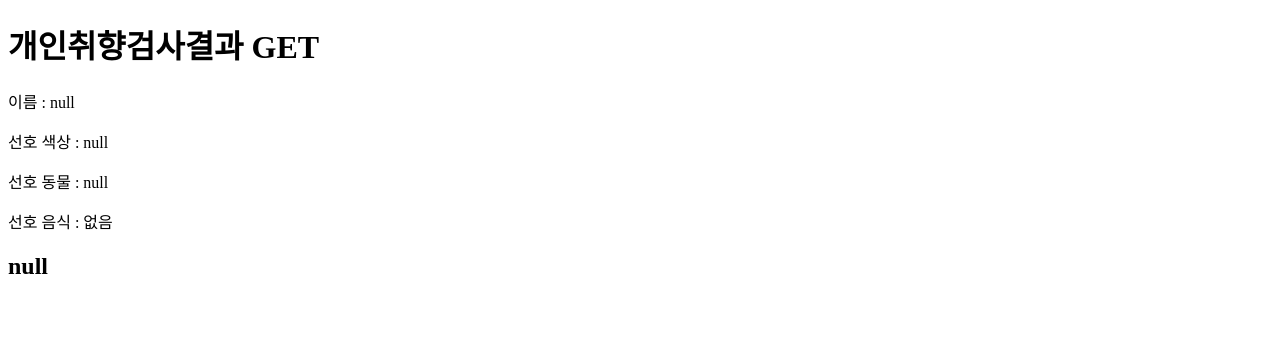
Repository: Sookyeong0505/web_server_workspace
Page: http://localhost/hello-web/servlet/view/testPerson3.jsp
These files come from the project's save history. The page is drawn as it stood at one moment and after the next save; the edit follows.
The browser window is 1280 px wide. The pictures show the whole page.
The page is served by Tomcat 9. Other server files are loaded and not shown.

Above is the page before, as saved 2023-06-20 02:31:18.

### hello-web/src/main/webapp/servlet/view/testPerson3.jsp
<%@ page language="java" contentType="text/html; charset=UTF-8"
    pageEncoding="UTF-8"%>
<%@ page import="java.util.Arrays" %> <%-- 페이지 지시어 --%>
<%
	// jsp의 scriptitle - java 작성가능
	/* 여러줄 주석 */
	// jsp 내부 어디든지 여러개 작성 가능
	// request:HttpServletRequest, response:HttpServletResponse 객체를 선언없이 사용 가능
	String name = request.getParameter("name");
	String color = request.getParameter("color");
	String animal = request.getParameter("animal");
	String[] foods = request.getParameterValues("food");
	System.out.println("name@jsp = "+ name);
	System.out.println("color@jsp = "+ color);
	System.out.println("animal@jsp = "+ animal);
	if(foods != null)
		System.out.println("food@jsp = "+ Arrays.toString(foods));

	// servlet이 전달한 데이터 가져오기 = HttpServletRequest 속성
	String result = (String) request.getAttribute("result");
	System.out.println("result@jsp = " + result);

%>

<!DOCTYPE html>
<html>
<head>
<meta charset="UTF-8">
<title>Insert title here</title>
</head>
<body>
	<h1>개인취향검사결과 GET</h1>
	<p class ='name'>이름 : <%= name %></p> <%-- 스크립틀릿 출력식 --%>
	<p class ='color'>선호 색상 : <%= color %></p>
	<p class ='animal'>선호 동물 : <%= animal %></p>
	<p class ='food'>선호 음식 : <%= foods != null ? String.join(" / ", foods) : "없음" %></p>
	<h2><%= result %></h2>
</body>
</html>

After the next save:
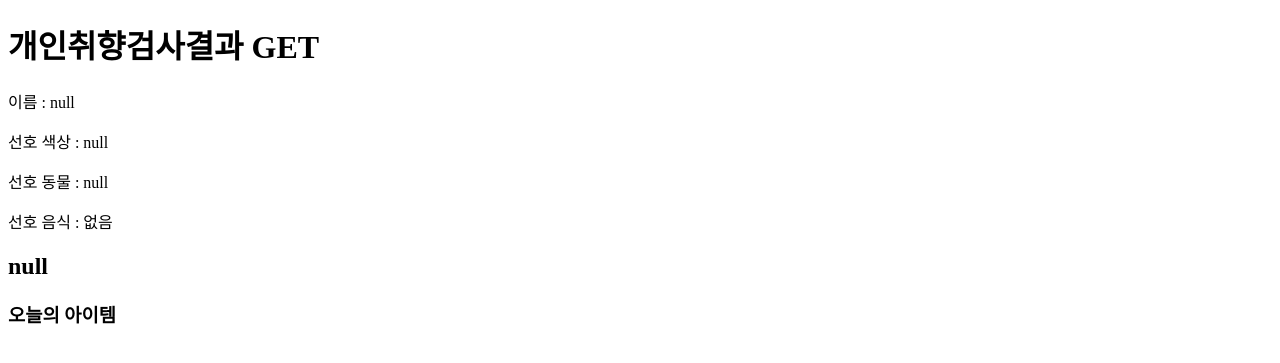
Saved 3 min 28 s later.
--- a/hello-web/src/main/webapp/servlet/view/testPerson3.jsp
+++ b/hello-web/src/main/webapp/servlet/view/testPerson3.jsp
@@ -35,5 +35,7 @@
 	<p class ='animal'>선호 동물 : <%= animal %></p>
 	<p class ='food'>선호 음식 : <%= foods != null ? String.join(" / ", foods) : "없음" %></p>
 	<h2><%= result %></h2>
+	<h3>오늘의 아이템</h3>
+	<!-- 선글라스, 선크림, 수영복 -->
 </body>
 </html>
